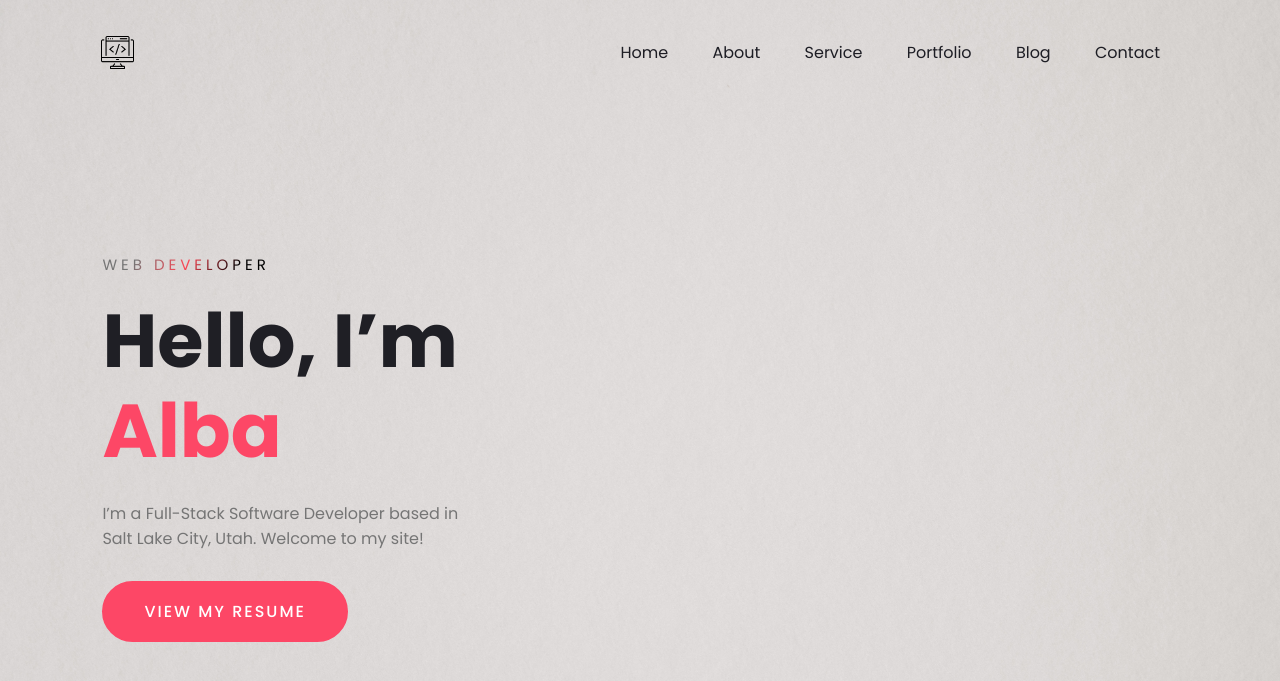
Repository: pilar122/port
Page: index.html
These files come from the project's save history. The page is drawn as it stood at one moment and after the next save; the edit follows.
The browser window is 1280 px wide. The pictures show the whole page.

Above is the page before, as saved 2022-01-31 19:14:43.

### index.html
<!DOCTYPE html>
<html lang="en">
<head>
    <meta charset="UTF-8">
    <title>Personal Portfolio Website</title>
    <!----CSS link----->
    <link rel="stylesheet" href="style.css">
</head>
<body>
    <div class="hero">
        <nav>
            <img src="./img/coding.png" class="logo">
            <ul>
                <li><a href="#">Home</a></li>
                <li><a href="#">About</a></li>
                <li><a href="#">Service</a></li>
                <li><a href="#">Portfolio</a></li>
                <li><a href="#">Blog</a></li>
                <li><a href="#contact">Contact</a></li>
            </ul>

        </nav>
        <div class="content">
            <span class="title">Web Developer</span>
            <h1>Hello, I’m <span>Alba</span></h1>
            <p>I’m a Full-Stack Software Developer based in Salt Lake City, Utah. Welcome to my site!</p>
            <a href="https://docs.google.com/document/d/1-5NqQs53X55snoyWaPBF-iuk-xL4VE2I0psmDuApD5Q/edit?usp=sharing" class="btn"> View my Resume</a>
        </div>
    </div>
</body>
</html>

### style.css
@import url('https://fonts.googleapis.com/css2?family=Poppins:wght@400;500;600;700&display=swap');
*{
    margin: 0;
    padding: 0;
    box-sizing: border-box;
    font-family: 'Poppins', sans-serif;
}
a{
    text-decoration: none;
}
.hero{
    width: 100%;
    height: 100vh;
    background: url(img/bg1.jpg);
    background-size: cover;
}
nav{
    display: flex;
    align-items: center;
    justify-content: space-between;
    padding: 30px 100px;
}
.logo{
    max-height: 35px;
}
nav ul li{
    list-style: none;
    display: inline-block;
    padding: 10px 20px;
}
nav ul li a{
    color: #1d1d24;
    position: relative;
    padding: 5px 0;
}
nav ul li a:hover{
    color: #fd4766;
}
nav ul li a:after{
    content: "";
    position: absolute;
    left: 0;
    width: 0;
    height: 3px;
    background: #fd4766;
    transition: .3s;
    bottom: 0;
}
nav ul li a:hover:after{
    width: 100%;
}
.btn{
    color: #fff;
    font-size: 16px;
    text-transform: uppercase;
    letter-spacing: 2px;
    padding: 16px 40px;
    border-radius: 500px;
    display: inline-block;
    font-weight: 500;
    transition: all .4s ease-in-out;
    background-size: 152% 100%;
    background: #fd4766;
    border: 2px solid #fd4766;
}
.btn:hover{
    background: transparent;
    border-color: #fd4766;
    color: #fd4766;
}
.content{
    position: absolute;
    top: 35%;
    left: 8%;
}
.content .title{
    color: #1f1f25;
    font-size: 15px;
    text-transform: uppercase;
    letter-spacing: 4px;
    display: inline-block;
    margin-bottom: 20px;
    background: linear-gradient(120deg, #757575 20.69%, #fd4755 50.19%,#000000 79.69%);
    -webkit-background-clip: text;
    -webkit-text-fill-color: transparent;
}
.content h1{
    color: #1f1f25;
    font-size: 75px;
    font-weight: 900;
    line-height: 90px;
    text-transform: inherit;
    width: 70%;
}
.content h1 span{
    color: #fd4766;
}
.content p{
    width: 55%;
    color: #757575;
    margin-top: 25px;
    margin-bottom: 30px;
}
.contact .section-title{
    color: #fd4766;
    text-align: center;
    font-size: large;
    letter-spacing: 4px;
}
.contact{
    width: 100%;
    height: 100vh;
    background: url(img/bg1.jpg);
    background-size: cover;
}
.center1 {
  display: block;
  margin-left: auto;
  margin-right: auto;
  width: 5%;
}
.center2 {
  display: block;
  margin-left: auto;
  margin-right: auto;
  width: 5%;
}
.center3 {
  display: block;
  margin-left: auto;
  margin-right: auto;
  width: 5%;
}

After the next save:
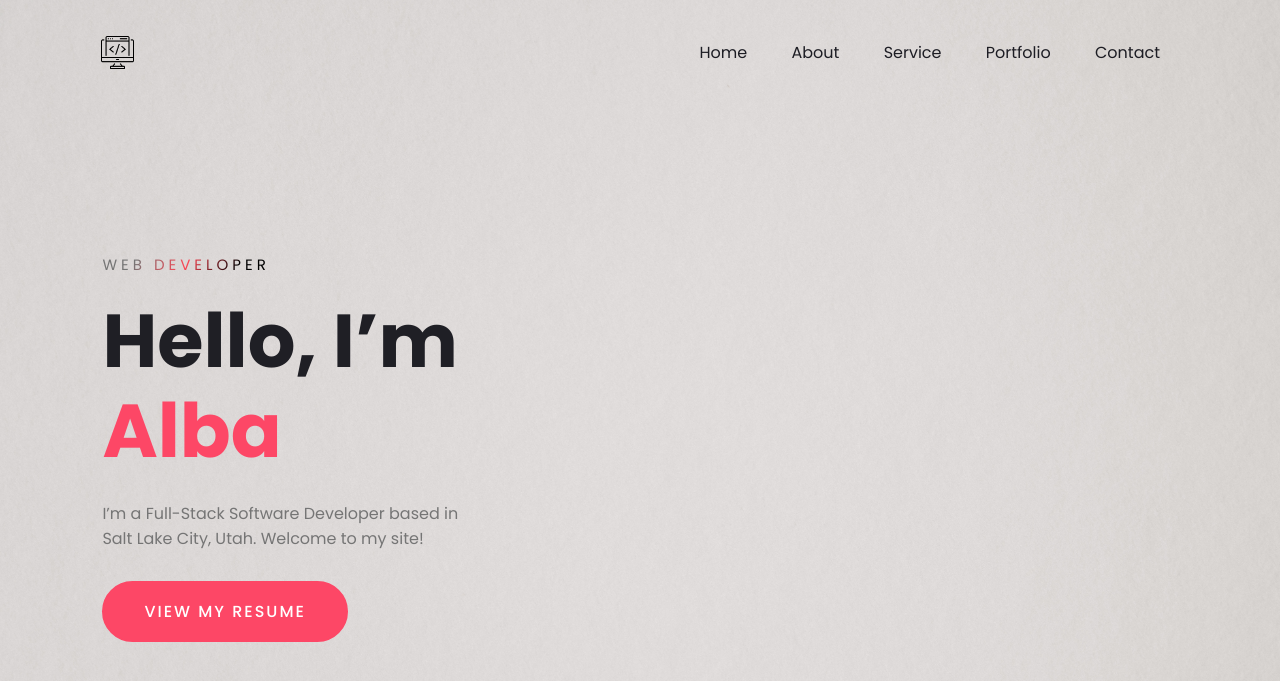
Saved 44 s later.
--- a/index.html
+++ b/index.html
@@ -15,8 +15,7 @@
                 <li><a href="#">About</a></li>
                 <li><a href="#">Service</a></li>
                 <li><a href="#">Portfolio</a></li>
-                <li><a href="#">Blog</a></li>
-                <li><a href="#contact">Contact</a></li>
+                <li><a href="#contact.html">Contact</a></li>
             </ul>
 
         </nav>
